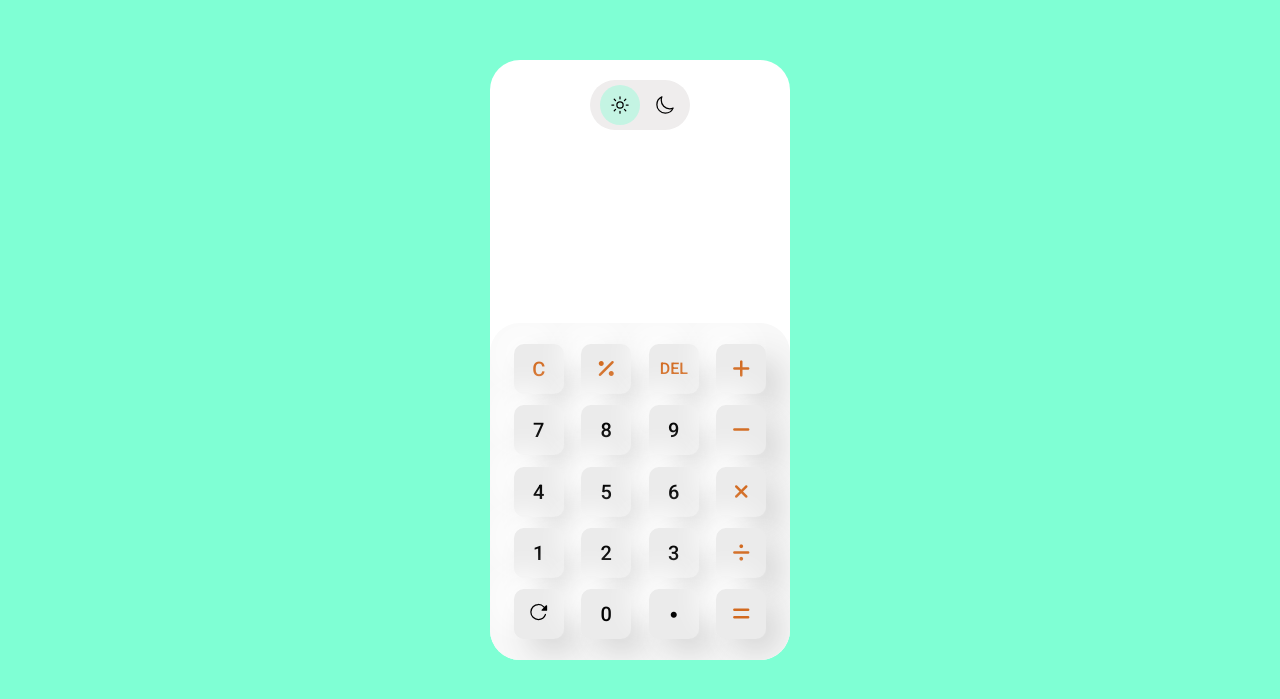
Repository: dinhtri123/caculator-app
Page: index.html
An editor plug-in stored every save of this project. The page is shown before and after the next save, followed by the edit.
The browser window is 1280 px wide. The pictures show the whole page.

Above is the page before, as saved 2023-01-03 21:09:37.

### index.html
<!DOCTYPE html>
<html lang="en">
  <head>
    <meta charset="UTF-8" />
    <meta http-equiv="X-UA-Compatible" content="IE=edge" />
    <meta name="viewport" content="width=device-width, initial-scale=1.0" />
    <title>Caculator App</title>
    <script
      type="module"
      src="https://unpkg.com/ionicons@5.5.2/dist/ionicons/ionicons.esm.js"
    ></script>
    <script
      nomodule
      src="https://unpkg.com/ionicons@5.5.2/dist/ionicons/ionicons.js"
    ></script>
    <link
      rel="stylesheet"
      href="https://cdnjs.cloudflare.com/ajax/libs/font-awesome/6.2.1/css/all.min.css"
      integrity="sha512-MV7K8+y+gLIBoVD59lQIYicR65iaqukzvf/nwasF0nqhPay5w/9lJmVM2hMDcnK1OnMGCdVK+iQrJ7lzPJQd1w=="
      crossorigin="anonymous"
      referrerpolicy="no-referrer"
    />
    <link rel="stylesheet" href="style.css" />
  </head>
  <body>
    <div class="wrapper">
      <div class="mode">
        <div class="button-mode light active-mode">
          <ion-icon name="sunny-outline" class="icon-mode"></ion-icon>
        </div>
        <div class="button-mode dark">
          <ion-icon name="moon-outline" class="icon-mode"></ion-icon>
        </div>
      </div>
      <div class="main">
        <div class="display">
          <div class="show"></div>
          <div class="result"></div>
        </div>
        <div class="caculator">
          <div>
            <button class="btn clear operator">C</button>
          </div>
          <div>
            <button value="%" class="btn operator">
              <i class="fa-solid fa-percent"></i>
            </button>
          </div>
          <div>
            <button class="btn delete operator">DEL</button>
          </div>
          <div>
            <button value="+" class="btn">
              <i class="fa-solid fa-plus operator"></i>
            </button>
          </div>
          <div>
            <button value="7" class="btn">7</button>
          </div>
          <div>
            <button value="8" class="btn">8</button>
          </div>
          <div>
            <button value="9" class="btn">9</button>
          </div>
          <div>
            <button value="-" class="btn operator">
              <i class="fa-solid fa-minus"></i>
            </button>
          </div>
          <div>
            <button value="4" class="btn">4</button>
          </div>
          <div>
            <button value="5" class="btn">5</button>
          </div>
          <div>
            <button value="6" class="btn">6</button>
          </div>
          <div>
            <button value="*" class="btn operator">
              <i class="fa-solid fa-xmark"></i>
            </button>
          </div>
          <div>
            <button value="1" class="btn">1</button>
          </div>
          <div>
            <button value="2" class="btn">2</button>
          </div>
          <div>
            <button value="3" class="btn">3</button>
          </div>
          <div>
            <button value="/" class="btn operator">
              <i class="fa-solid fa-divide"></i>
            </button>
          </div>
          <div>
            <button class="undo">
              <ion-icon name="reload-outline"></ion-icon>
            </button>
          </div>
          <div>
            <button value="0" class="btn">0</button>
          </div>
          <div>
            <button class="btn dot" value=".">
              <i class="fa-solid fa-circle"></i>
            </button>
          </div>
          <div>
            <button class="btn equal operator">
              <i class="fa-solid fa-equals"></i>
            </button>
          </div>
        </div>
      </div>
    </div>
  </body>
  <script src="index.js"></script>
</html>

### style.css
@import url("https://fonts.googleapis.com/css2?family=Roboto:wght@100;300;400;500;700&display=swap");
* {
  margin: 0;
  padding: 0;
  box-sizing: border-box;
  font-family: "Roboto", sans-serif;
}
body {
  width: 100%;
  min-height: 100vh;
  height: 100%;
  background-color: aquamarine;
  font-size: 16px;
  line-height: 1.5;
  font-weight: 400;
  display: flex;
  justify-content: center;
  align-items: center;
}
.wrapper {
  max-width: 300px;
  width: 100%;
  height: 600px;
  background: white;
  border-radius: 30px;
  position: relative;
  overflow: hidden;
}
.mode {
  position: absolute;
  top: 20px;
  left: 50%;
  transform: translateX(-50%);
  width: 100px;
  height: 50px;
  background-color: rgb(239, 237, 237);
  border-radius: 30px;
  padding: 0px 10px;
  display: flex;
  justify-content: space-around;
  align-items: center;
  gap: 5px;
}
.light,
.dark {
  display: flex;
  justify-content: center;
  align-items: center;
  padding: 10px;
  border-radius: 50%;
}
.active-mode {
  background-color: rgba(127, 255, 212, 0.388);
}
.icon-mode {
  font-size: 20px;
  cursor: pointer;
}
.main {
  width: 100%;
  height: 100%;
  display: flex;
  flex-direction: column;
  gap: 40px;
}
.display {
  width: 100%;
  height: 40%;
  display: flex;
  flex-direction: column;
  justify-content: end;
  align-items: flex-end;
  padding: 0px 40px;
}
.show {
  font-size: 20px;
  font-weight: 600;
}
.result {
  font-size: 40px;
  font-weight: 700;
}
.caculator {
  width: 100%;
  height: 60%;
  padding: 15px;
  border-top-left-radius: 30px;
  border-top-right-radius: 30px;
  background-color: rgb(248, 248, 248);
  display: grid;
  grid-template-columns: repeat(4, 1fr);
  justify-content: center;
  align-items: center;
}
.caculator > div {
  display: flex;
  justify-content: center;
  align-items: center;
}
button {
  width: 50px;
  height: 50px;
  border-radius: 10px;
  outline: none;
  border: none;
  background: #ebebeb;
  box-shadow: 15px 15px 30px #d8d8d8, -15px -15px 30px #fefefe;
  font-size: 20px;
  cursor: pointer;
  font-weight: 500;
}
.dot {
  font-size: 6px;
}
.delete {
  font-size: 16px;
}
.operator {
  color: chocolate;
}

### index.js
// mode
const btnMode = document.querySelectorAll(".button-mode");
for (let i = 0; i < btnMode.length; i++) {
  btnMode[i].addEventListener("click", function () {
    for (let j = 0; j < btnMode.length; j++) {
      btnMode[j].className = btnMode[j].className.replace(" active-mode", "");
    }
    this.className += " active-mode";
  });
}
// caculator
const btn = document.querySelectorAll(".btn");
const result = document.querySelector(".result");
const show = document.querySelector(".show");
const equal = document.querySelector(".equal");
const resetField = document.querySelector(".clear");
const clearOneNumber = document.querySelector(".delete");
const undo = document.querySelector(".undo");


for (let i = 0; i < btn.length; i++) {
  btn[i].addEventListener("click", function () {
    show.textContent += this.value;
  });
}

equal.addEventListener("click", function () {
  const res = show.textContent;
  const output = eval(res);
  result.textContent = output;
  localStorage.setItem("undo", (show.textContent += this.value));
});

clearOneNumber.addEventListener("click", function () {
  let res = show.textContent;
  show.textContent = res.slice(0, -1);
});

resetField.addEventListener("click", function () {
  show.textContent = "";
  result.textContent = "";
});

undo.addEventListener("click", function () {
  let values = localStorage.getItem("undo");
  show.textContent = values;
});

After the next save:
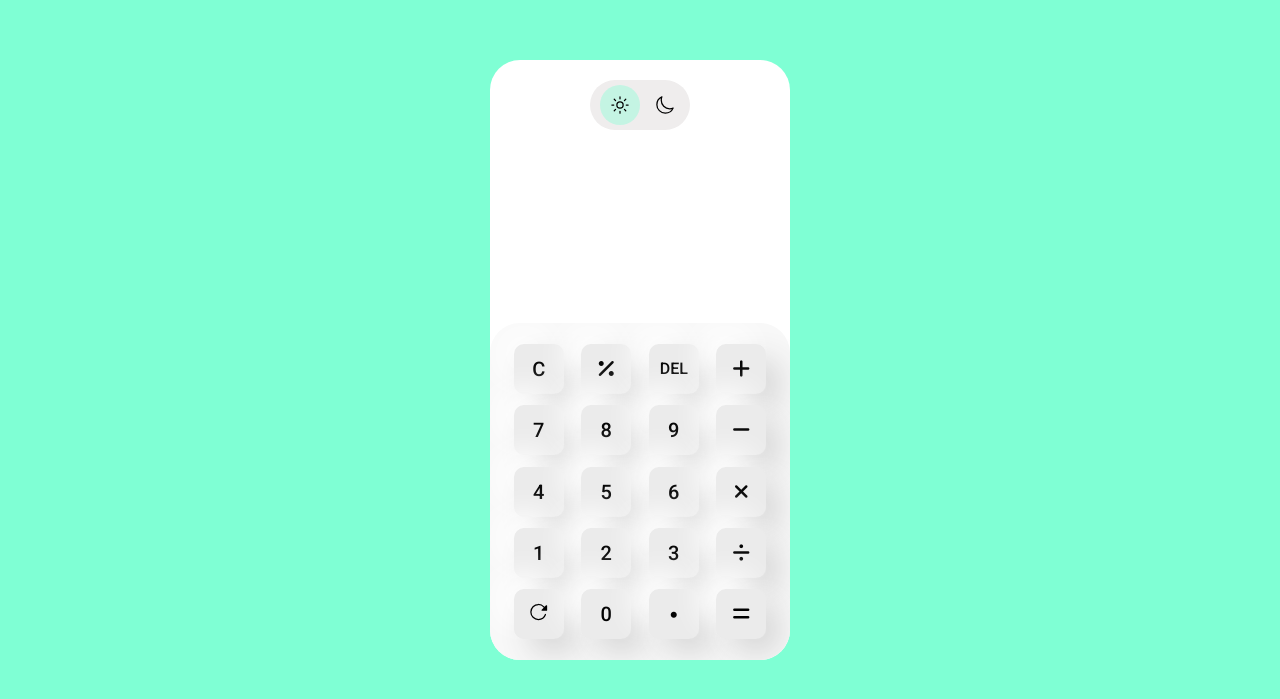
Saved 4 s later.
--- a/style.css
+++ b/style.css
@@ -116,5 +116,5 @@ button {
   font-size: 16px;
 }
 .operator {
-  color: chocolate;
+  color: ;
 }
